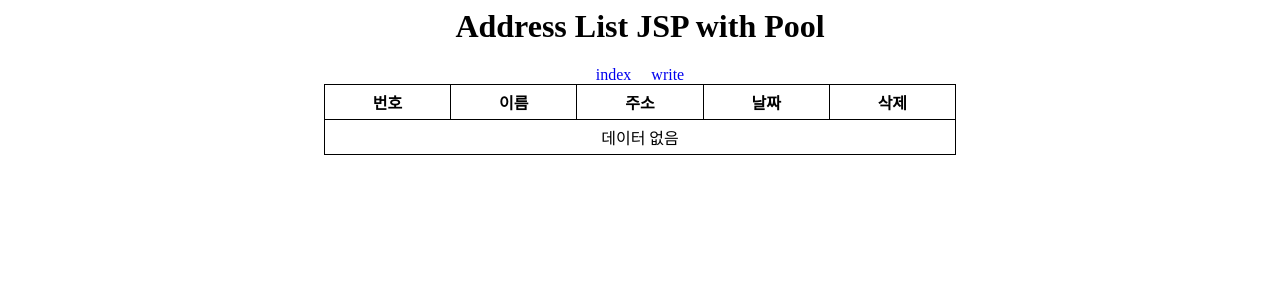
Repository: betweenhj702/Web-App-Server-Practices
Page: http://localhost/HelloPj/addr_jsp_dbcp/list.jsp
The author's editor kept a copy of each file at every save. The page is drawn from the files as they stood at one save, then again after the next save.
The browser window is 1280 px wide. The pictures show the whole page.
The page is served by Tomcat 9. Queries for data that is not in the repository find no rows.

Above is the page before, as saved 2020-12-29 07:40:37.

After the next save:
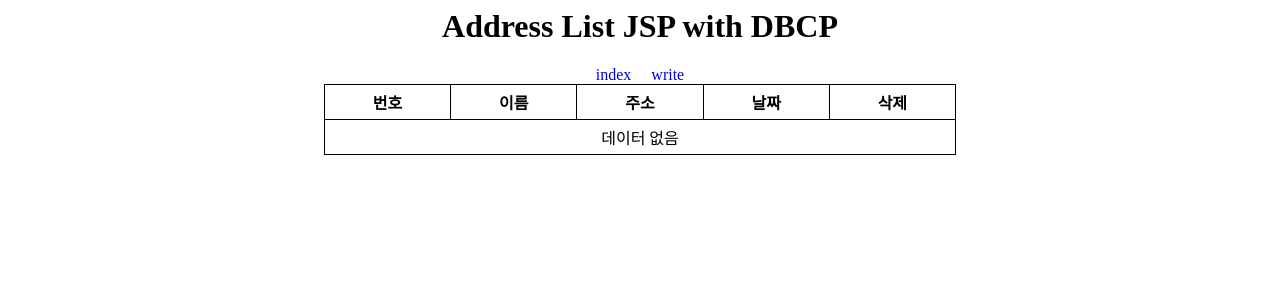
Saved 3 min 59 s later.
--- a/workspace/HelloPj/WebContent/addr_jsp_dbcp/list.jsp
+++ b/workspace/HelloPj/WebContent/addr_jsp_dbcp/list.jsp
@@ -14,7 +14,7 @@ a { text-decoration:none }
 </style>
 <center>
 <h1>
-Address List JSP with Pool
+Address List JSP with DBCP
 </h1>
 <a href='../'>index</a>
 &nbsp;&nbsp;&nbsp;
